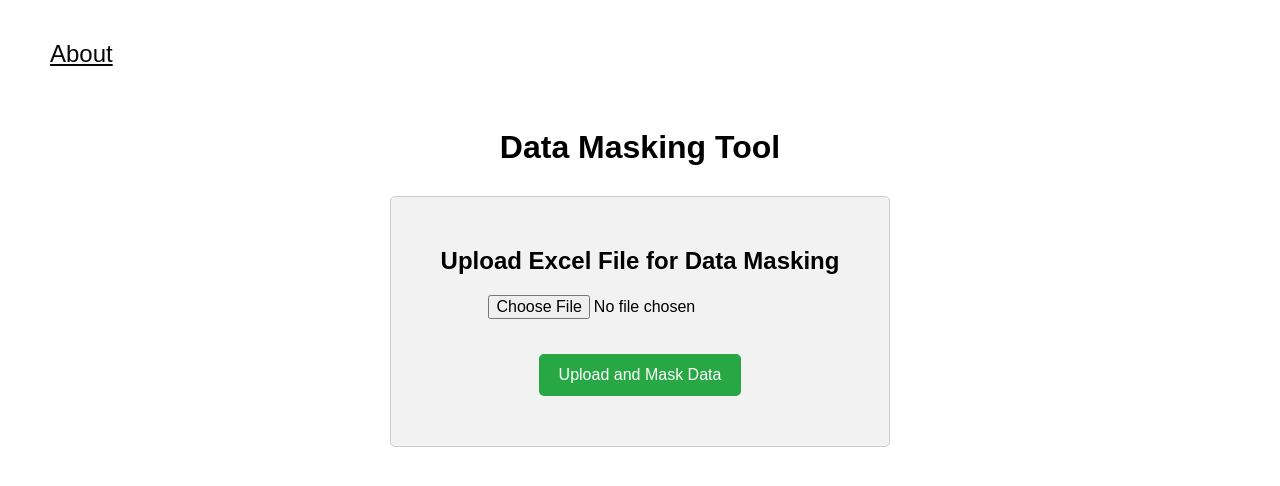
Repository: prithika12/DataMasking_Tool
Page: index.html
An editor plug-in stored every save of this project. The page is shown before and after the next save, followed by the edit.
The browser window is 1280 px wide. The pictures show the whole page.

Above is the page before, as saved 2024-07-09 12:16:24.

### index.html
<!DOCTYPE html>
<html>
<head>
    <title>Data Masking Tool</title>
    <style>
        body {
            font-family: Arial, sans-serif;
            margin: 0px;
            padding: 0;
            display: flex;
            flex-direction: column; /* Align items in a column */
            justify-content: center; /* Center vertically */
            align-items: center; /* Center horizontally */
            height: 80vh; /* Full viewport height */
        }
        .container {
            max-width: 600px;
            padding: 30px 50px;
            background-color: #f2f2f2;
            border: 1px solid #ccc;
            border-radius: 5px;
            text-align: center; /* Center text inside container */
        }
        h1 {
            text-align: center; /* Center text */
            margin-top: 0; /* Remove default margin */
            margin-bottom: 30px;
        }
        h2 {
            text-align: center;
        }
        input[type="file"] {
            display: block;
            font-size: medium;
            margin: 20px auto;
        }
        button {
            display: block;
            margin: 20px auto;
            font-size: medium;
            margin-top: 35px;
            padding: 12px 20px;
            background-color: #28a745;
            color: white;
            border: none;
            border-radius: 5px;
            cursor: pointer;
        }
        button:hover {
            background-color: #218838;
        }
        .about-link {
            position: absolute;
            top: 20px;
            left: 20px;
            padding: 20px 30px;
        }
        .about-link a {
            color: #070708;
            font-size: small;
            font-size: x-large;
            text-decoration: underline;
        }
        .about-link a:hover {
            text-decoration: underline;
        }
    </style>
</head>
<body>
    <h1>Data Masking Tool</h1>
    <div class="container">
        <h2>Upload Excel File for Data Masking</h2>
        <form action="/uploader" method="post" enctype="multipart/form-data">
            <input type="file" name="file" accept=".xlsx">
            <button type="submit">Upload and Mask Data</button>
        </form>
    </div>
    <div class="about-link">
        <a href="https://github.com/prithika12/DataMasking_Tool/blob/main/README.md" target="_blank">About</a>
    </div>
</body>
</html>

After the next save:
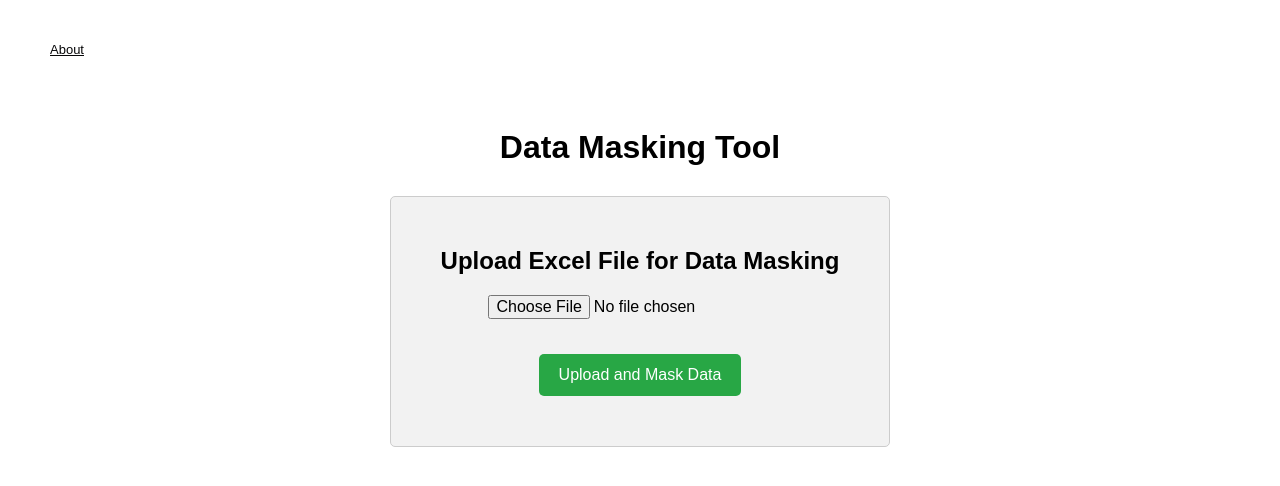
Saved 8 s later.
--- a/index.html
+++ b/index.html
@@ -58,7 +58,6 @@
         .about-link a {
             color: #070708;
             font-size: small;
-            font-size: x-large;
             text-decoration: underline;
         }
         .about-link a:hover {

After the save that followed:
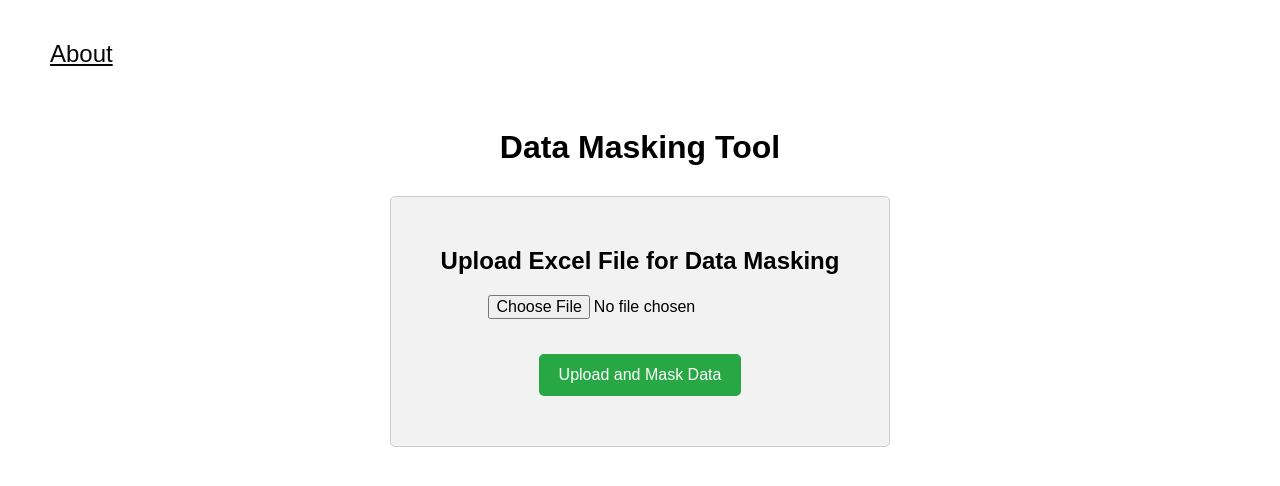
Saved 7 s later.
--- a/index.html
+++ b/index.html
@@ -57,7 +57,7 @@
         }
         .about-link a {
             color: #070708;
-            font-size: small;
+            font-size: x-large;
             text-decoration: underline;
         }
         .about-link a:hover {
